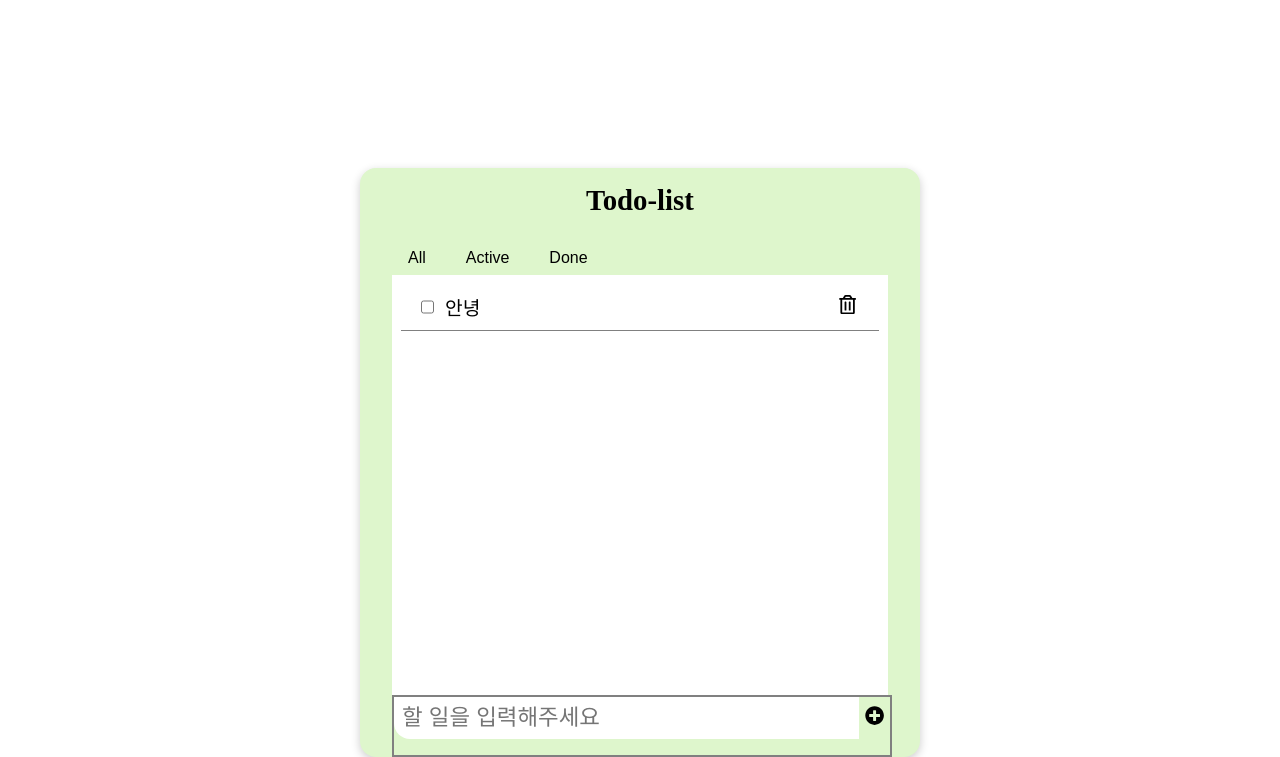
Repository: Yugayoung/todoList
Page: /
An editor plug-in stored every save of this project. The page is shown before and after the next save, followed by the edit.
The browser window is 1280 px wide. The pictures show the whole page.
Some web fonts or font styles are not loaded; a fallback is used. The project was rebuilt for these pictures with package versions that can differ from the ones it lists, and the page was loaded fresh each time. Also part of the build but not shown: src/App.css.

Above is the page before, as saved 2024-03-21 17:52:32.

After the next save:
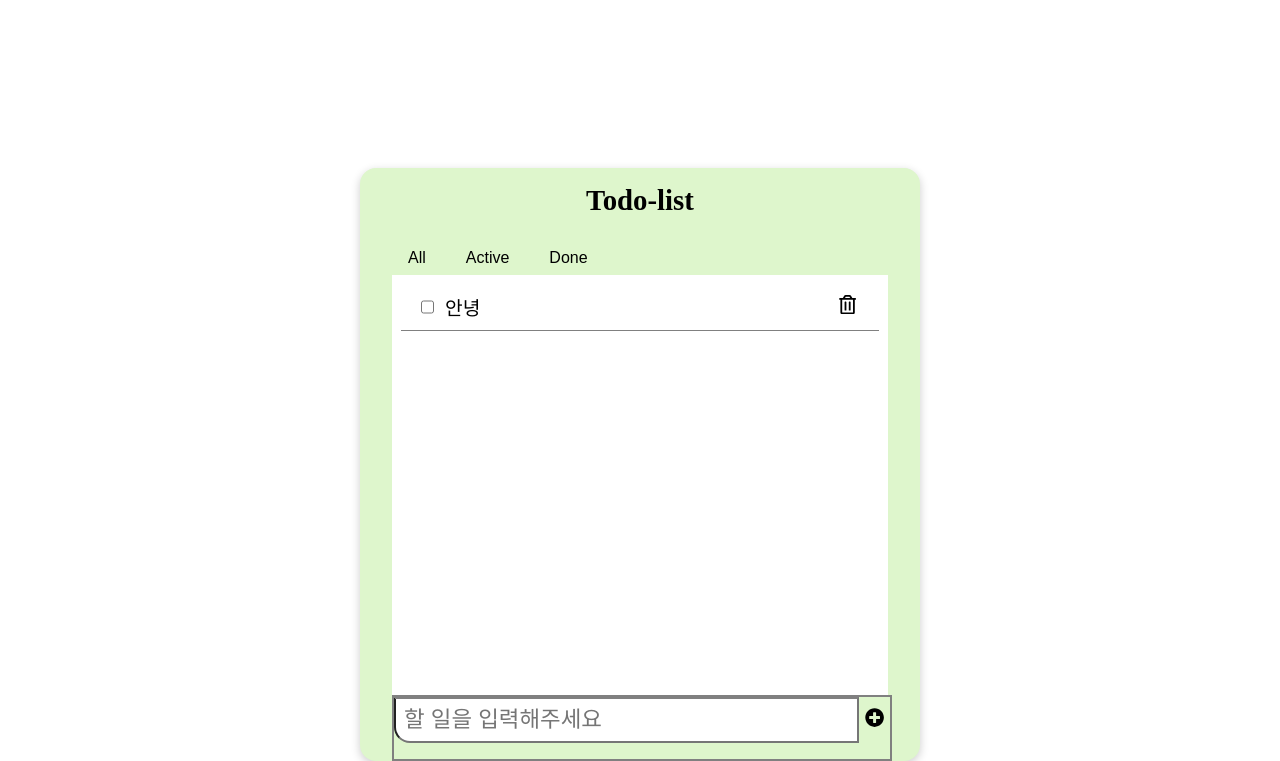
Saved 28 s later.
--- a/src/pages/todo.jsx
+++ b/src/pages/todo.jsx
@@ -71,7 +71,7 @@ const InputForm = styled.form`
 const Input = styled.input`
   flex: 1 0 auto;
   font-size: 1.4rem;
-  border: none;
+  border-top: 2px solid gray;
   border-radius: 0rem 0rem 0rem 1rem;
   padding: 0.5rem;
 `;
